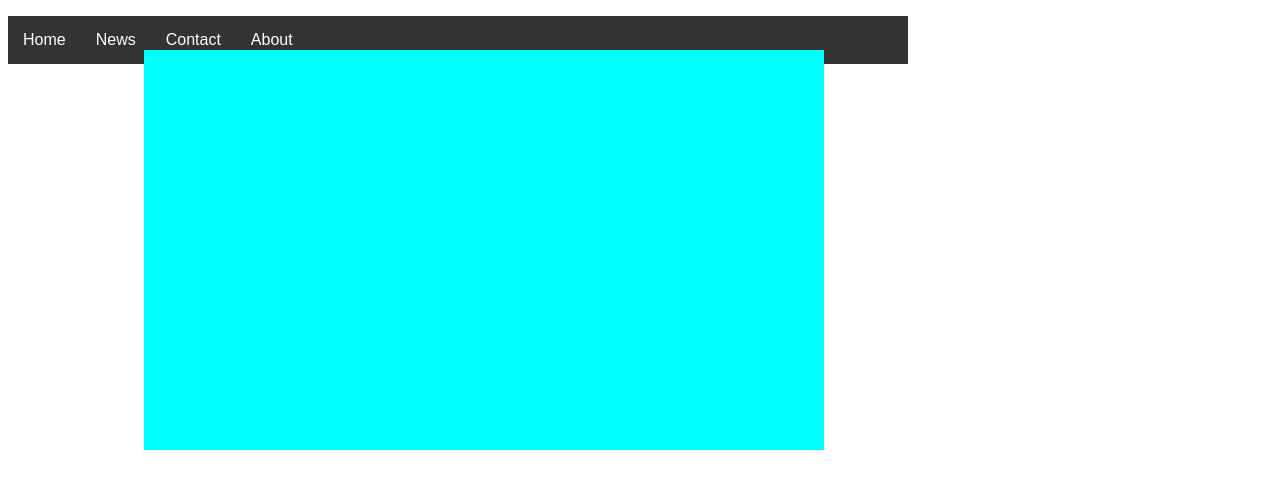
Repository: LongNguyen2504/T3H-FrondEnd
Page: Lesson3_CSS_HomeWork3.html
An editor plug-in stored every save of this project. The page is shown before and after the next save, followed by the edit.
The browser window is 1280 px wide. The pictures show the whole page.

Above is the page before, as saved 2021-12-01 22:23:15.

After the next save:
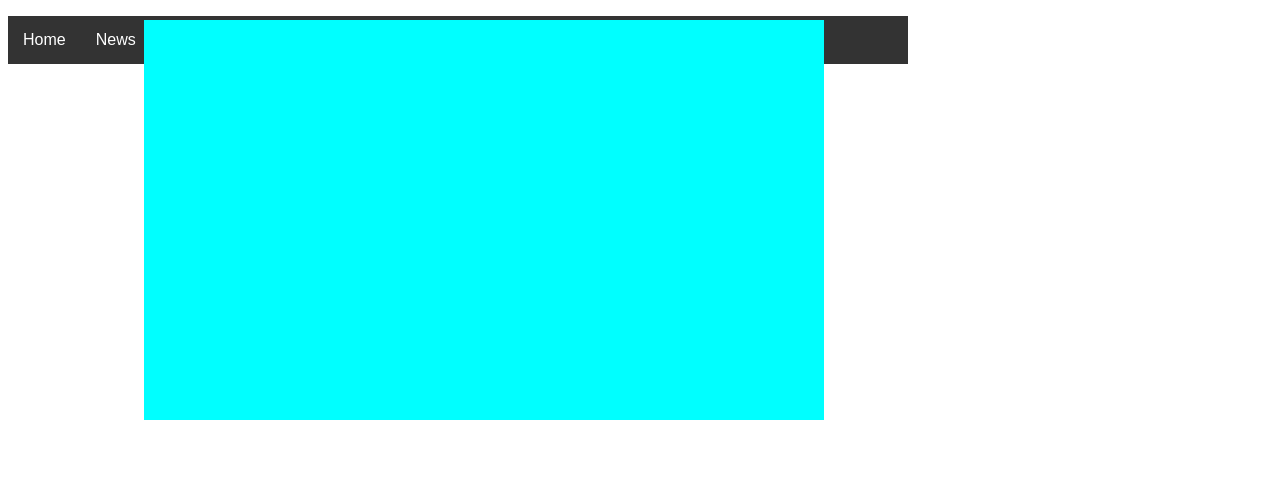
Saved 10 s later.
--- a/Lesson3_CSS_HomeWork3.css
+++ b/Lesson3_CSS_HomeWork3.css
@@ -19,7 +19,7 @@ div.nested-div{
     background-color: aqua;
     position: absolute;
     left: 144px;
-    top: 50px;
+    top: 20px;
 }
 ul.ul-menu{
     list-style-type: none;
